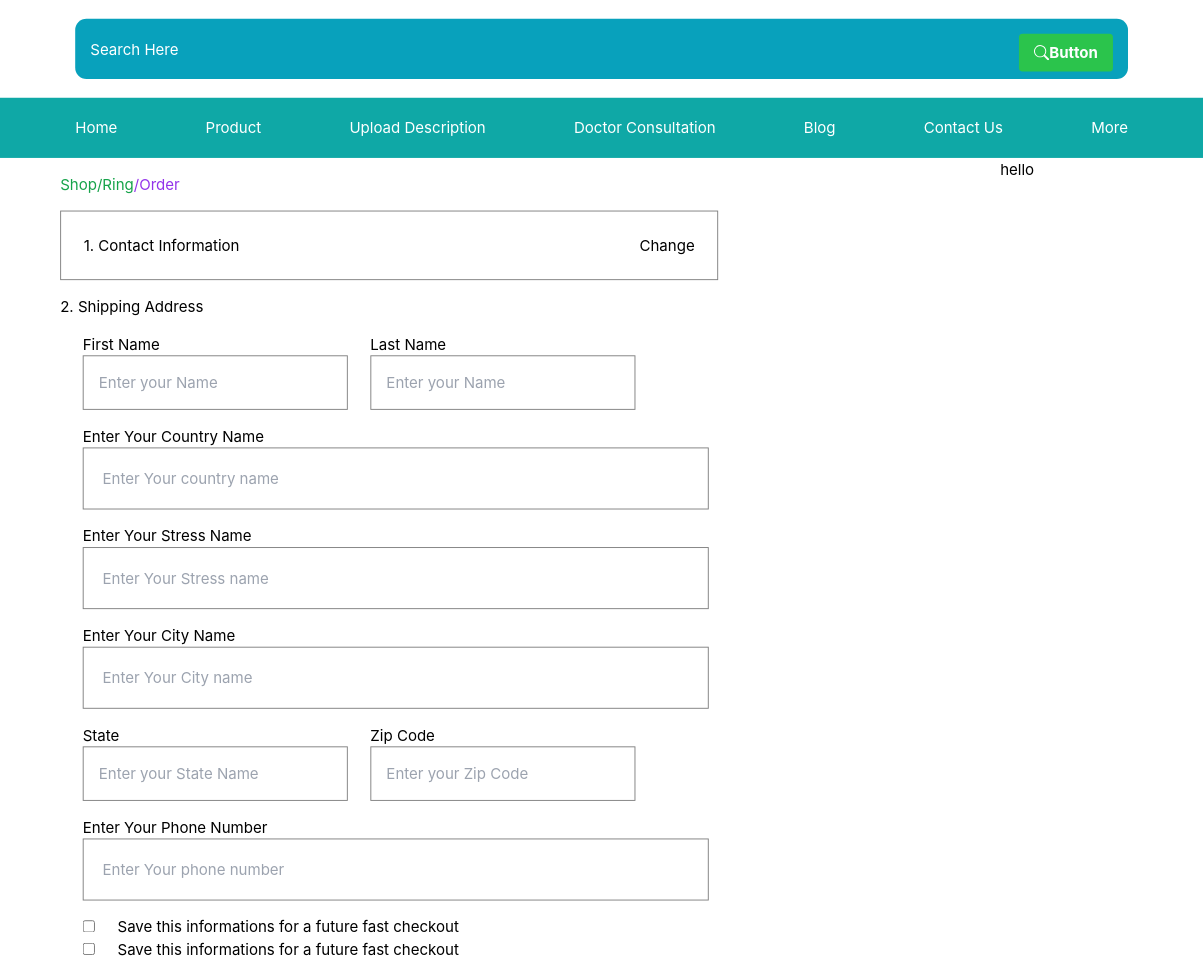
Repository: arafatmollah/form-pharma
Page: /
An editor plug-in stored every save of this project. The page is shown before and after a run of saves, followed by the edit.
The browser window is 1280 px wide. The pictures show the whole page, at 94% of full size.
The project was rebuilt for these pictures with package versions that can differ from the ones it lists, and the page was loaded fresh each time.

Above is the page before, as saved 2023-03-15 00:09:28.

After the next 3 saves:
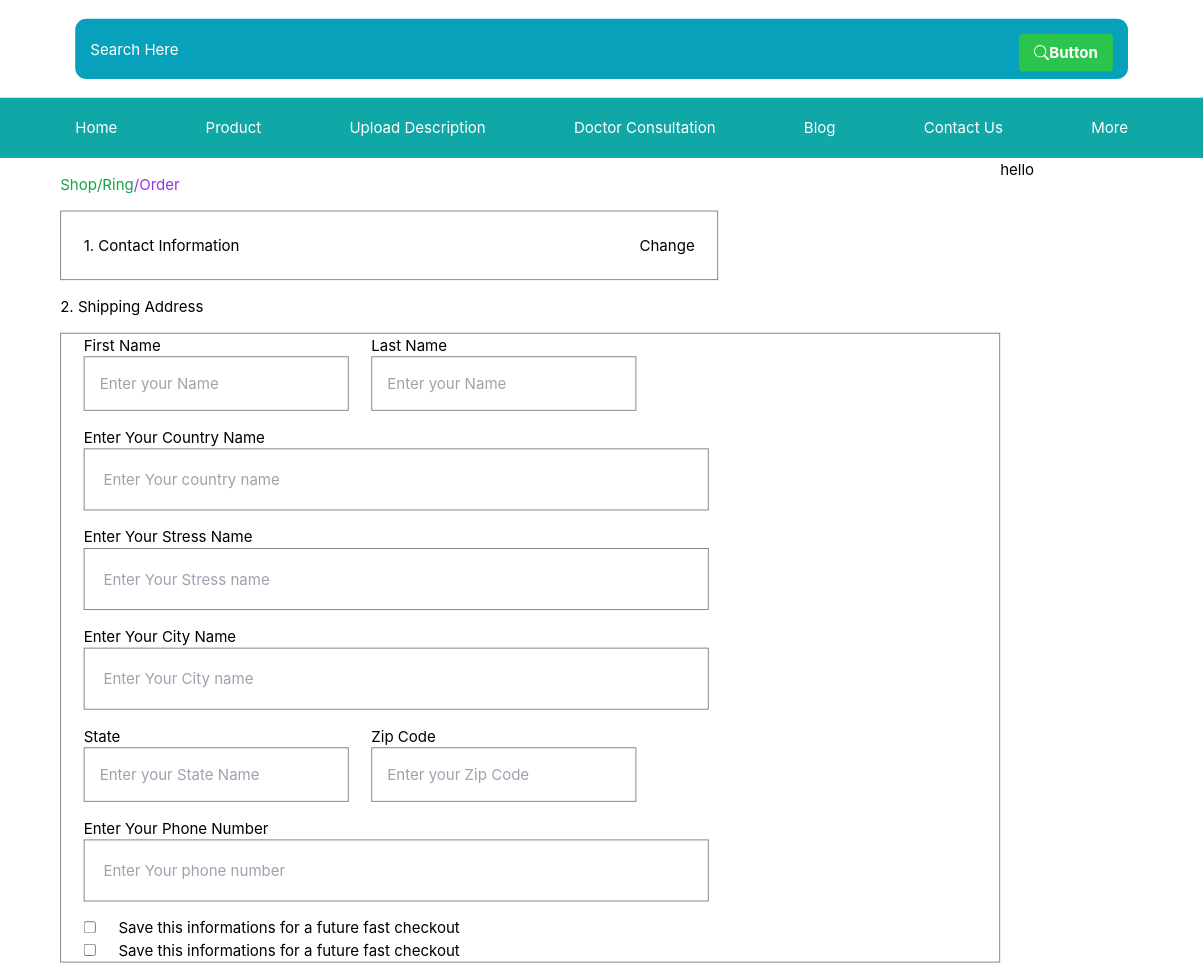
The 3 saves are shown as one change because 1 did not build or start and some came seconds apart.
The last was saved 16 s later.
--- a/src/App.css
+++ b/src/App.css
@@ -29,3 +29,6 @@
   display: grid;
   grid-template-columns: 1000px 200px;
 }
+.form{
+  border: 1px solid gray;
+}
